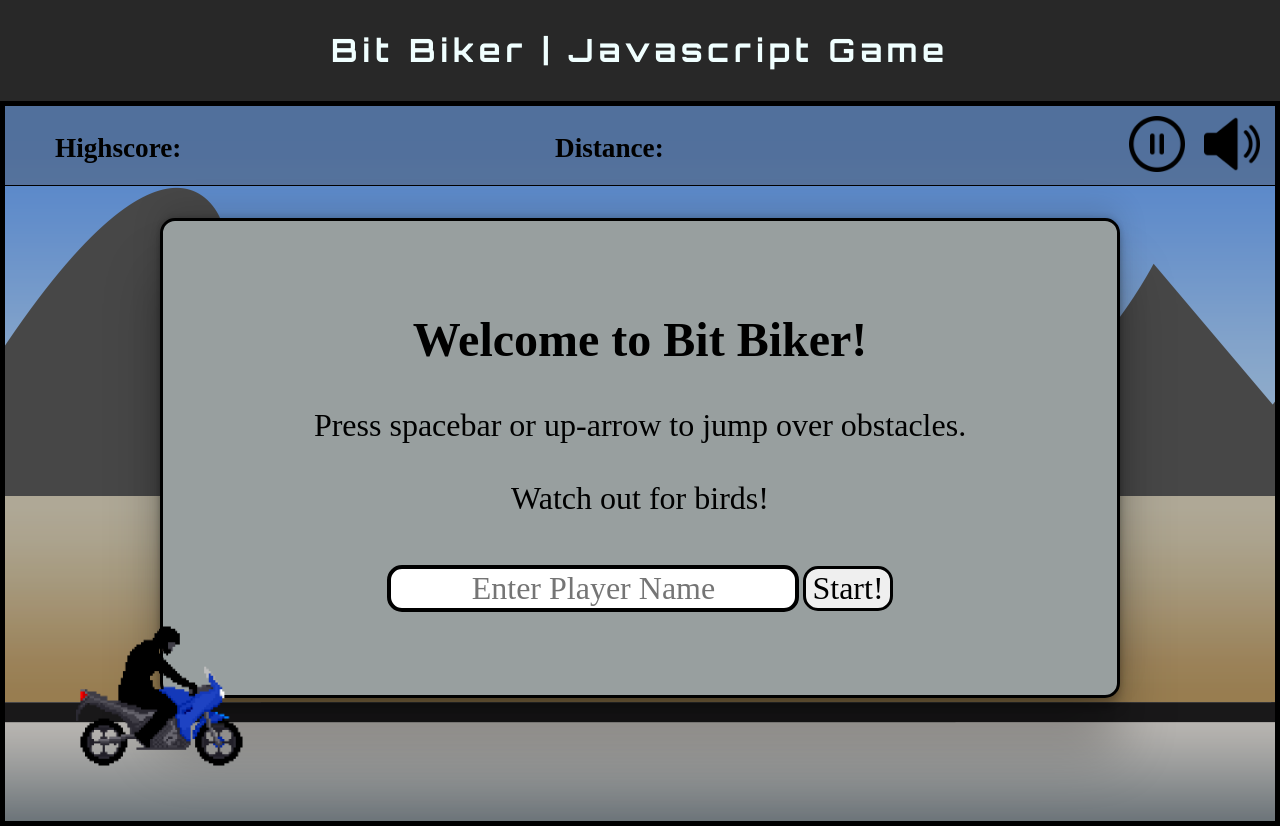
Repository: jellymel0n/bit-biker
Page: index.html
The author's editor kept a copy of each file at every save. The page is drawn from the files as they stood at one save, then again after the next save.
The browser window is 1280 px wide. The pictures show the whole page.

Above is the page before, as saved 2021-07-18 20:18:30.

After the next save:
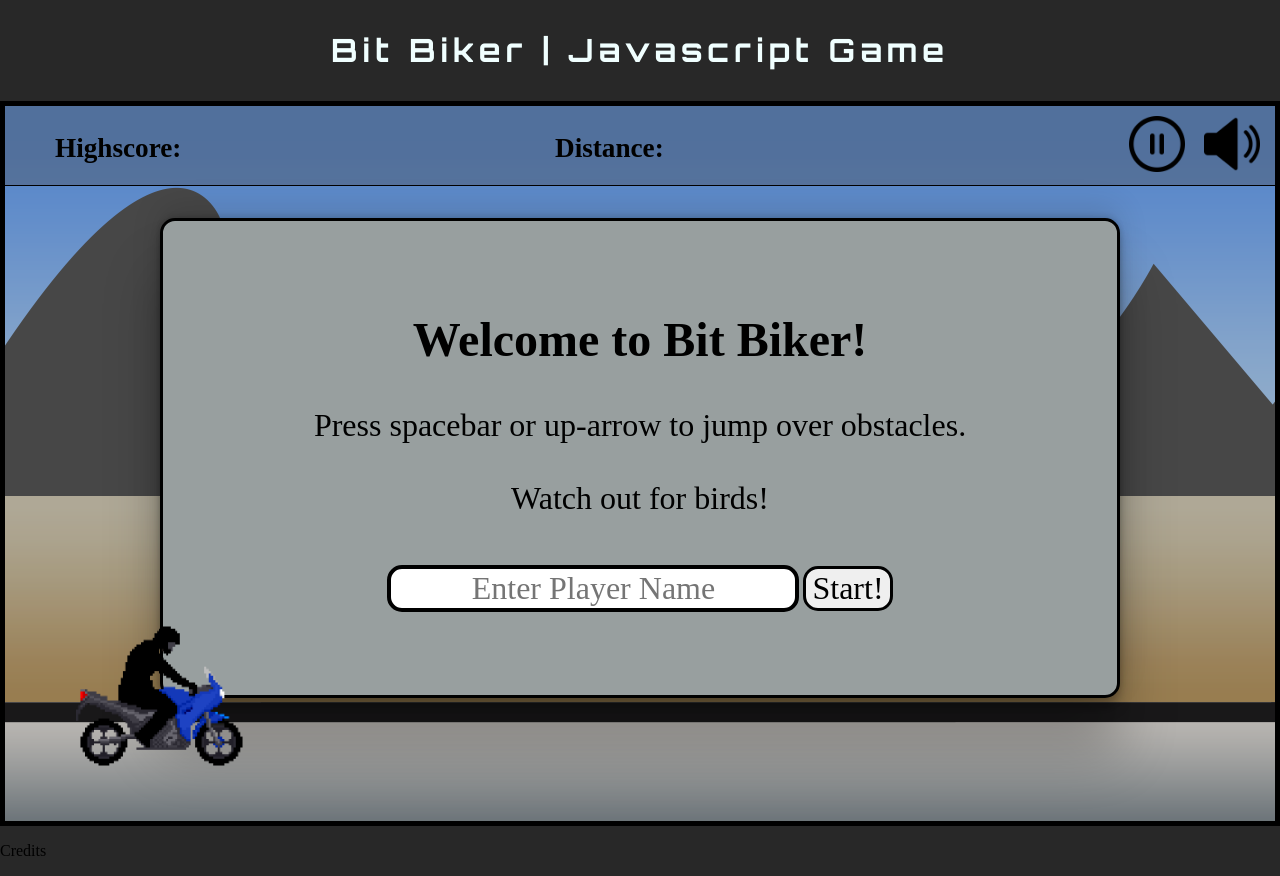
Saved 46 s later.
--- a/index.html
+++ b/index.html
@@ -146,6 +146,8 @@
         <!-- End of Game Complete Screen -->
 
     </main>
+    <p id="copy"></p>
+    <p id="credits">Credits</p>
 
 <!-- jQuery CDN script-->
 <script src="https://code.jquery.com/jquery-3.6.0.min.js" integrity="sha256-/xUj+3OJU5yExlq6GSYGSHk7tPXikynS7ogEvDej/m4=" crossorigin="anonymous"></script>
